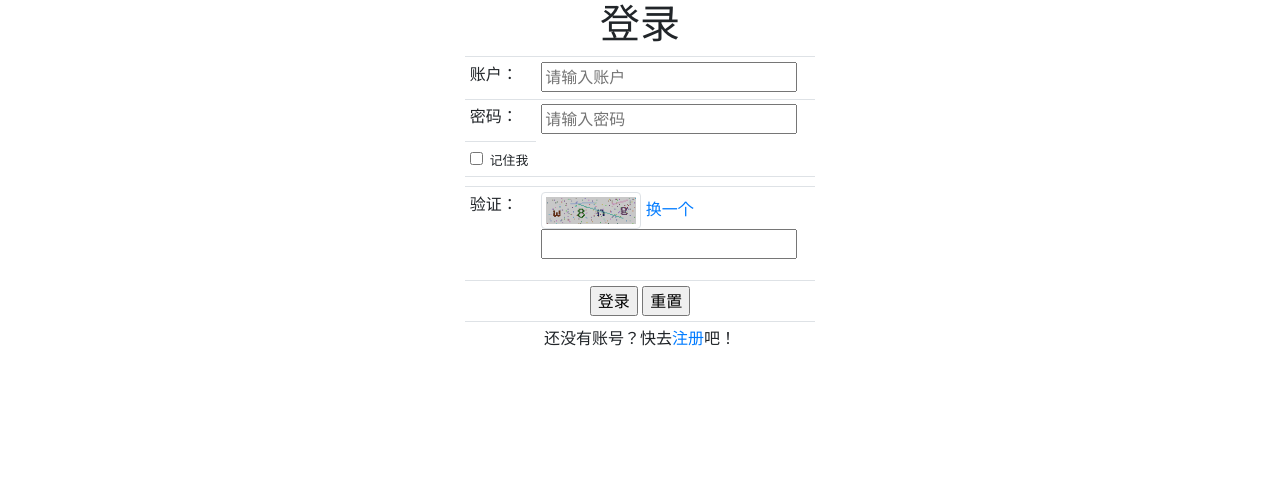
Repository: DHUAVH/Blog
Page: http://localhost/login.php
The author's editor kept a copy of each file at every save. The page is drawn from the files as they stood at one save, then again after the next save.
The browser window is 1280 px wide. The pictures show the whole page.
Some web libraries are served in a nearby version. The page is run by PHP 8.4 with error messages shown; the project is at /var/www/html/.

Above is the page before, as saved 2020-11-22 16:37:21.

After the next save:
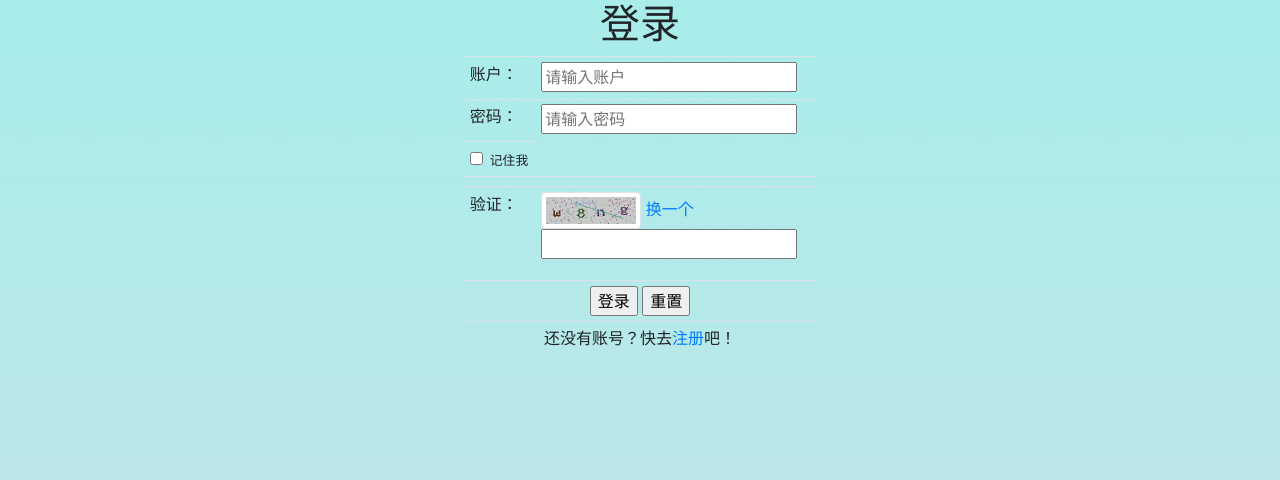
Saved 74 s later.
--- a/login.php
+++ b/login.php
@@ -11,7 +11,7 @@
 
 </head>
 
-<body>
+<body background="images\bgimg.png">
     <div class="container">
         <h1 class="text-center">登录</h1>
         <div class="row">

After the 3 saves that followed:
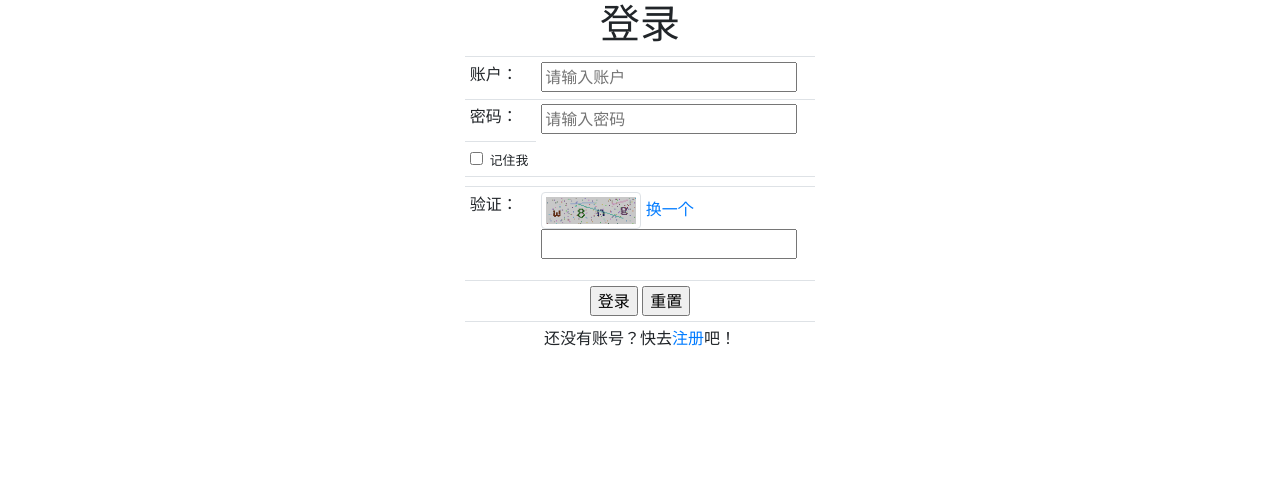
The 3 saves are shown as one change because they came seconds apart.
The last was saved 90 s later.
--- a/login.php
+++ b/login.php
@@ -9,9 +9,14 @@
     <script src="https://cdn.staticfile.org/twitter-bootstrap/4.3.1/js/bootstrap.min.js"></script>
     <title>登陆界面</title>
 
+    <style>
+        .body{
+            background:url(images\bgimg.png);
+        }
+    </style>
 </head>
 
-<body background="images\bgimg.png">
+<body>
     <div class="container">
         <h1 class="text-center">登录</h1>
         <div class="row">
